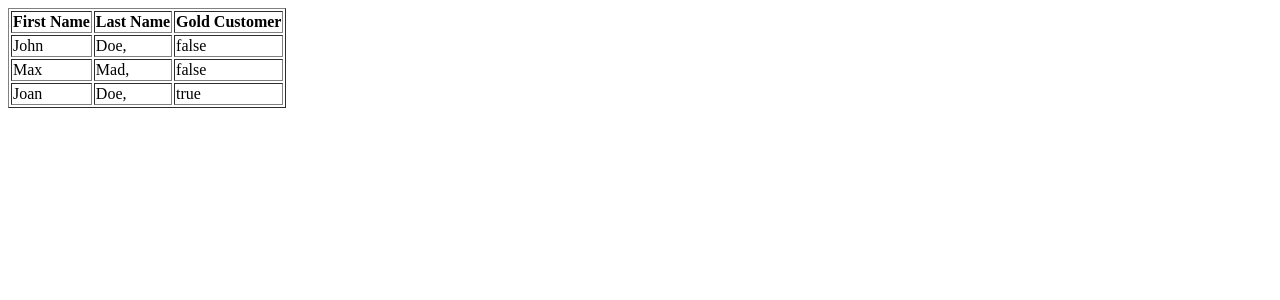
Repository: atonizer/workspace
Page: http://localhost/tagdemo/foreach-student-test.jsp
An editor plug-in stored every save of this project. The page is shown before and after the next save, followed by the edit.
The browser window is 1280 px wide. The pictures show the whole page.
The page is served by Tomcat 9.

Above is the page before, as saved 2016-08-22 13:47:18.

### tagdemo/WebContent/foreach-student-test.jsp
<%@ taglib uri="http://java.sun.com/jsp/jstl/core" prefix="c"%>
<%@ page language="java" contentType="text/html; charset=UTF-8"
	pageEncoding="UTF-8"%>
<%@ page import="java.util.*,edu.javalearn.jsp.tagdemo.Student"%>
<!DOCTYPE html PUBLIC "-//W3C//DTD HTML 4.01 Transitional//EN" "http://www.w3.org/TR/html4/loose.dtd">
<html>
<head>
<meta http-equiv="Content-Type" content="text/html; charset=UTF-8">
<title>Insert title here</title>
</head>
<%
	// just create some sample data
	List<Student> data = new ArrayList<>();

	data.add(new Student("John", "Doe", false));
	data.add(new Student("Max", "Mad", false));
	data.add(new Student("Joan", "Doe", true));

	pageContext.setAttribute("myStudemts", data);
%>
<body>

	<table border="1">
		<tr>
			<th>First Name</th>
			<th>Last Name</th>
			<th>Gold Customer</th>
		</tr>
		<c:forEach var="tempStudent" items="${myStudemts}">
			<tr>
				<td>${tempStudent.firstName}</td>
				<td>${tempStudent.lastName},</td>
				<td>${tempStudent.goldCustomer}</td>
			</tr>
		</c:forEach>
	</table>
</body>
</html>

### tagdemo/src/edu/javalearn/jsp/tagdemo/Student.java
package edu.javalearn.jsp.tagdemo;

public class Student {

	private String firstName;
	private String lastName;
	private boolean goldCustomer;
	public Student(String firstName, String lastName, boolean goldCustomer) {
		super();
		this.firstName = firstName;
		this.lastName = lastName;
		this.goldCustomer = goldCustomer;
	}
	public String getFirstName() {
		return firstName;
	}
	public void setFirstName(String firstName) {
		this.firstName = firstName;
	}
	public String getLastName() {
		return lastName;
	}
	public void setLastName(String lastName) {
		this.lastName = lastName;
	}
	public boolean isGoldCustomer() {
		return goldCustomer;
	}
	public void setGoldCustomer(boolean goldCustomer) {
		this.goldCustomer = goldCustomer;
	}



}

After the next save:
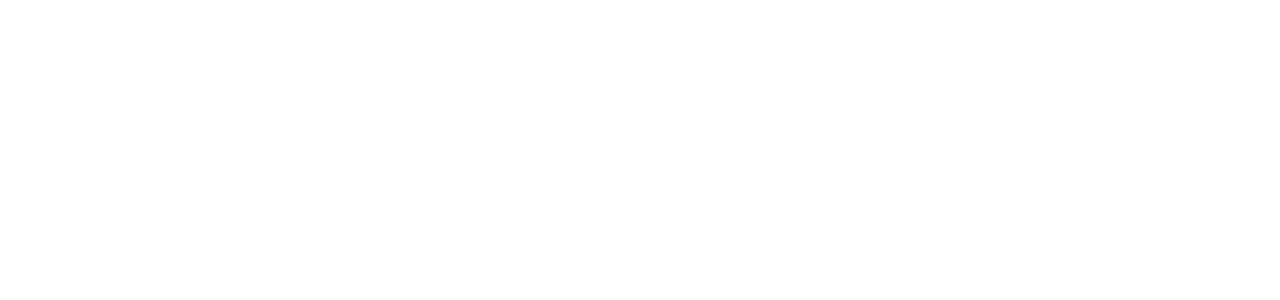
Saved 3 min 58 s later.
--- a/tagdemo/WebContent/foreach-student-test.jsp
+++ b/tagdemo/WebContent/foreach-student-test.jsp
@@ -20,19 +20,6 @@
 %>
 <body>
 
-	<table border="1">
-		<tr>
-			<th>First Name</th>
-			<th>Last Name</th>
-			<th>Gold Customer</th>
-		</tr>
-		<c:forEach var="tempStudent" items="${myStudemts}">
-			<tr>
-				<td>${tempStudent.firstName}</td>
-				<td>${tempStudent.lastName},</td>
-				<td>${tempStudent.goldCustomer}</td>
-			</tr>
-		</c:forEach>
-	</table>
+
 </body>
 </html>

After the save that followed:
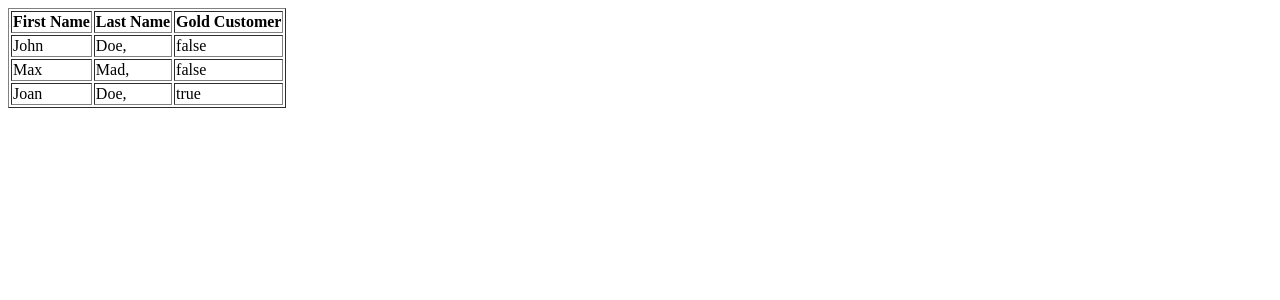
Saved 71 s later.
--- a/tagdemo/WebContent/foreach-student-test.jsp
+++ b/tagdemo/WebContent/foreach-student-test.jsp
@@ -19,7 +19,19 @@
 	pageContext.setAttribute("myStudemts", data);
 %>
 <body>
-
-
+	<table border="1">
+		<tr>
+			<th>First Name</th>
+			<th>Last Name</th>
+			<th>Gold Customer</th>
+		</tr>
+		<c:forEach var="tempStudent" items="${myStudemts}">
+			<tr>
+				<td>${tempStudent.firstName}</td>
+				<td>${tempStudent.lastName},</td>
+				<td>${tempStudent.goldCustomer}</td>
+			</tr>
+		</c:forEach>
+	</table>
 </body>
 </html>
